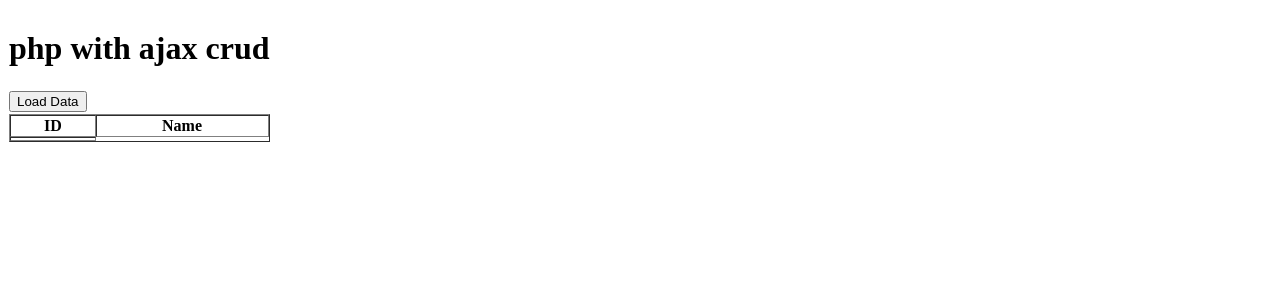
Repository: Tauqeer124/newrepo
Page: http://localhost/showdata.php
The author's editor kept a copy of each file at every save. The page is drawn from the files as they stood at one save, then again after a run of saves.
The browser window is 1280 px wide. The pictures show the whole page.
The page is run by PHP 8.4 with error messages shown; the project is at /var/www/html/.

Above is the page before, as saved 2023-04-28 11:53:22.

After the next 4 saves:
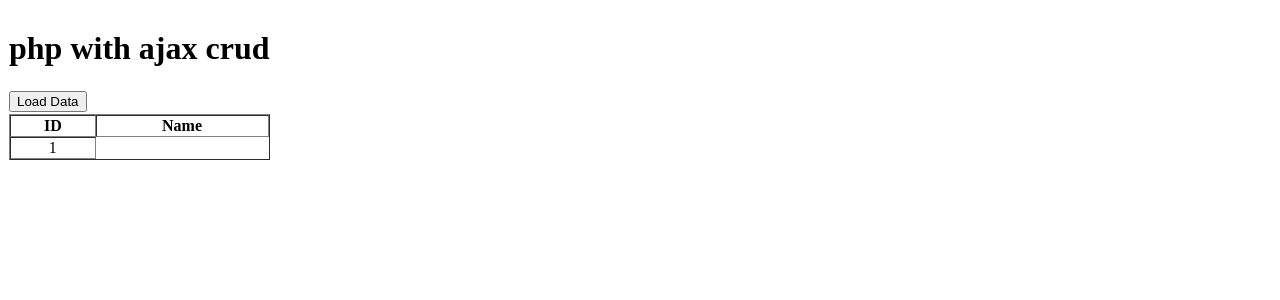
The 4 saves are shown as one change because they came seconds apart.
The last was saved 13 s later.
--- a/showdata.php
+++ b/showdata.php
@@ -23,7 +23,7 @@
                             <th>Name</th>
                         </tr>
                         <tr>
-                            <td sli></td>
+                            <td align="center">1</td>
                         </tr>
 
                     </table>
